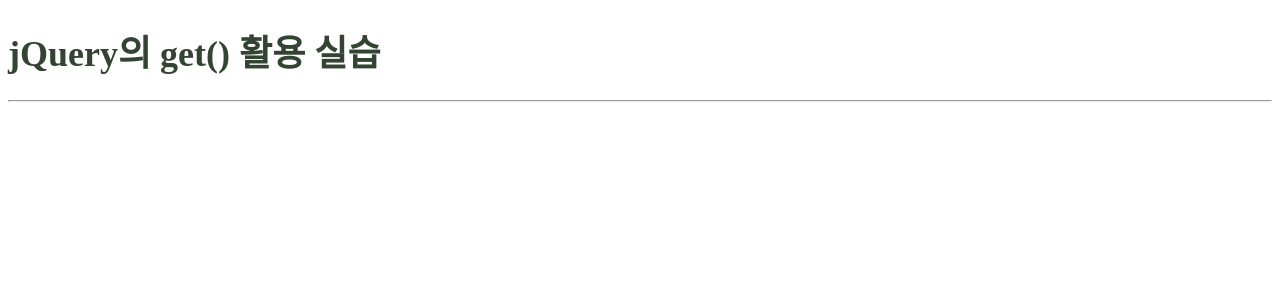
Repository: youngsik0405/Web-study
Page: http://localhost/AjaxJquery02/GetTest01.jsp
The author's editor kept a copy of each file at every save. The page is drawn from the files as they stood at one save, then again after the next save.
The browser window is 1280 px wide. The pictures show the whole page.
The page is served by Tomcat 9. Nobody is signed in. The application's start-up code is not run. Other server files are loaded and not shown.

Above is the page before, as saved 2025-02-04 02:33:16.

### AjaxJquery02/WebContent/GetTest01.jsp
<%@ page contentType="text/html; charset=UTF-8"%>
<%@ taglib prefix="c" uri="http://java.sun.com/jsp/jstl/core"%>
<%
	request.setCharacterEncoding("UTF-8");
	String cp = request.getContextPath();
%>
<!DOCTYPE html>
<html>
<head>
<meta charset="UTF-8">
<title>GetTest01.jsp</title>
<link rel="stylesheet" type="text/css" href="<%=cp %>/css/main.css">
</head>
<body>

<div>
	<h1>jQuery의 get() 활용 실습</h1>
	<hr>
</div>

</body>
</html>

### AjaxJquery02/WebContent/css/main.css
@charset "UTF-8";

/* main.css */

*
{
	font-family: 맑은 고딕;
	color: #334433;
}

body, p, div, span, input, table, th, td, select
{
	font-size: 18px;
}

.control
{
	border: 1px solid gray;
	border-radius: 3px;
}

.table
{
	border-collapse: collapse;
	width: 100%;
}

.table th, .table td
{
	border: 1px solid gray;
	border-left: 0px;
	border-right: 0px;
	padding: 3px;
	line-height: 150%;
}

.table th
{
	font-weight: bold;
	background-color: #eeeeee;
}

.btn
{
	font-weight: bold;
}

.btn:hover
{
	color: white;
	background-color: #778877;
}

After the next save:
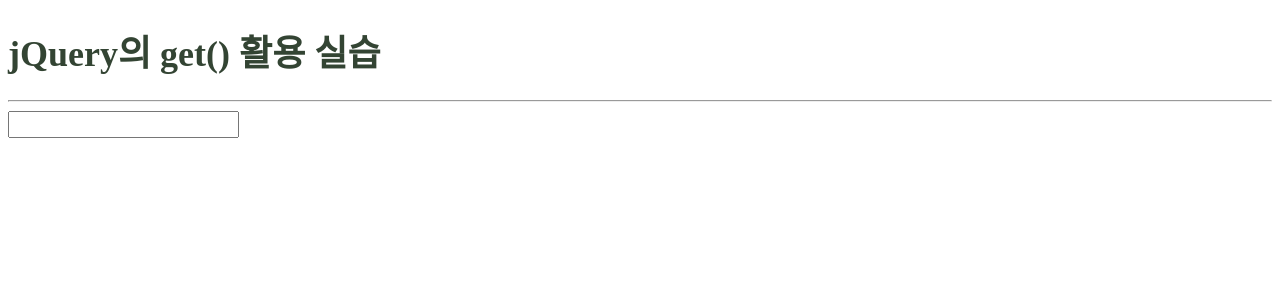
Saved 19 s later.
--- a/AjaxJquery02/WebContent/GetTest01.jsp
+++ b/AjaxJquery02/WebContent/GetTest01.jsp
@@ -18,5 +18,10 @@
 	<hr>
 </div>
 
+<div>
+	<input type="text" id="nickName" class="txt">
+	<br><br>
+</div>
+
 </body>
 </html>
